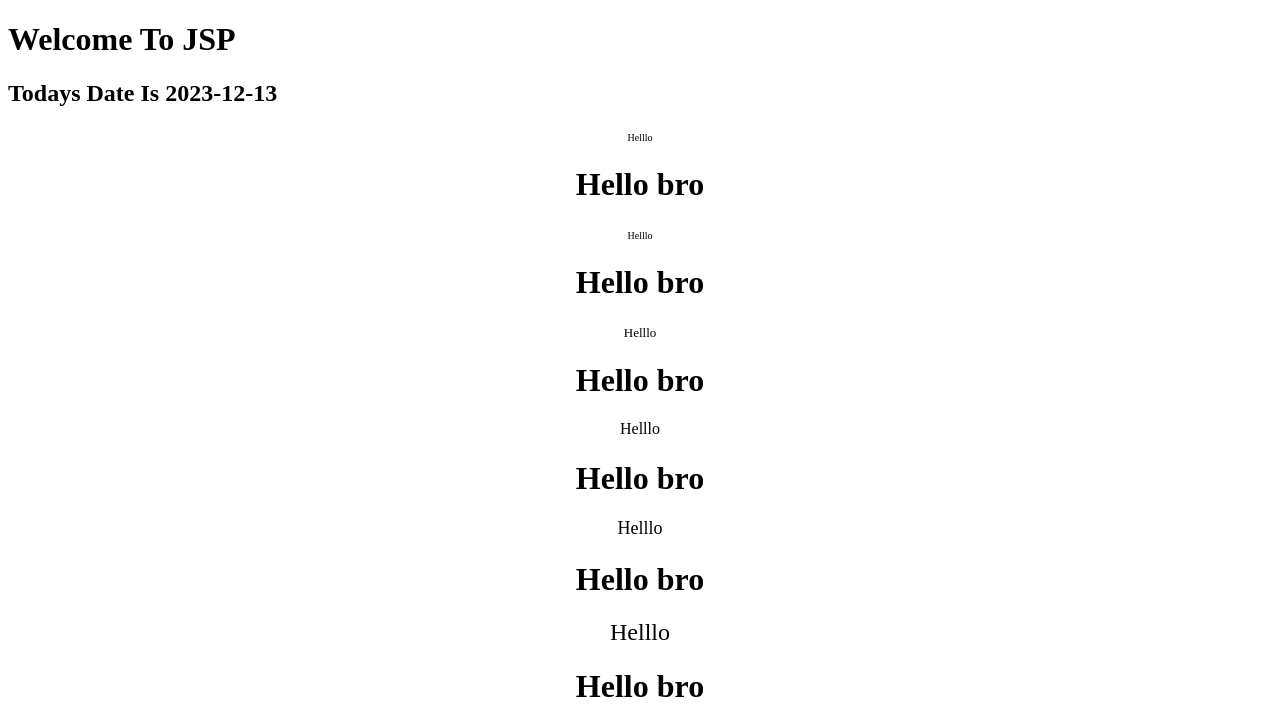
Repository: yashdpatil/Advanced_java
Page: http://localhost/MVC/Hello.jsp
The author's editor kept a copy of each file at every save. The page is drawn from the files as they stood at one save, then again after the next save.
The browser window is 1280 px wide. The pictures show the whole page.
The page is served by Tomcat 9. Other server files are loaded and not shown.

Above is the page before, as saved 2023-12-14 04:43:46.

### MVC/src/main/webapp/Hello.jsp
<%@page import="java.time.LocalDate"%>
<%@ page language="java" contentType="text/html; charset=ISO-8859-1"
    pageEncoding="ISO-8859-1"%>
<!DOCTYPE html>
<html>
<head>
<meta charset="ISO-8859-1">
<title>Insert title here</title>
</head>
<body>
<h1>Welcome To JSP</h1>
<% LocalDate date = LocalDate.now(); %>
<h2> Todays Date Is <%= date %></h2>

<center>
<%
for(int i =0;i<6;i++){
%>
<font size="<%= i %>">Helllo</font><br>
<h1> Hello bro</h1>
<%
}
%>
</center>

</body>
</html>

After the next save:
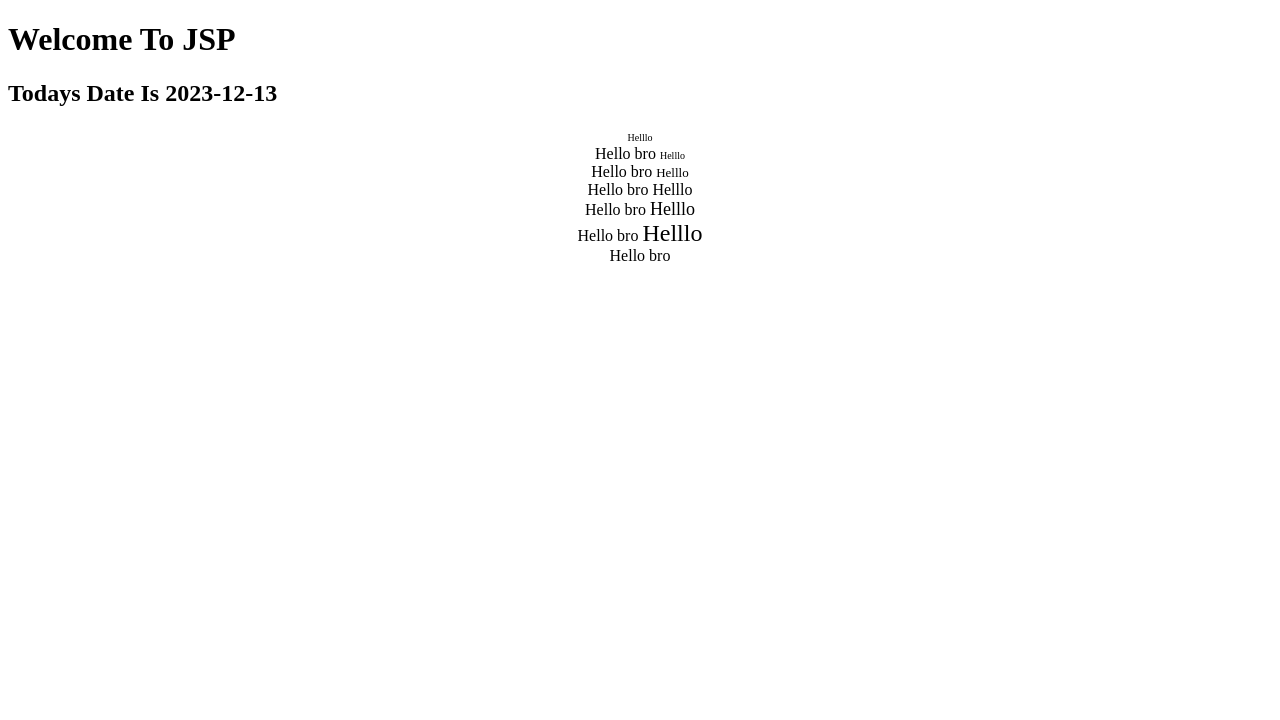
Saved 43 s later.
--- a/MVC/src/main/webapp/Hello.jsp
+++ b/MVC/src/main/webapp/Hello.jsp
@@ -16,7 +16,7 @@
 <%
 for(int i =0;i<6;i++){
 %>
-<font size="<%= i %>">Helllo</font><br>
+<font size="<%= i %>">Helllo</font><br
 <h1> Hello bro</h1>
 <%
 }

After the save that followed:
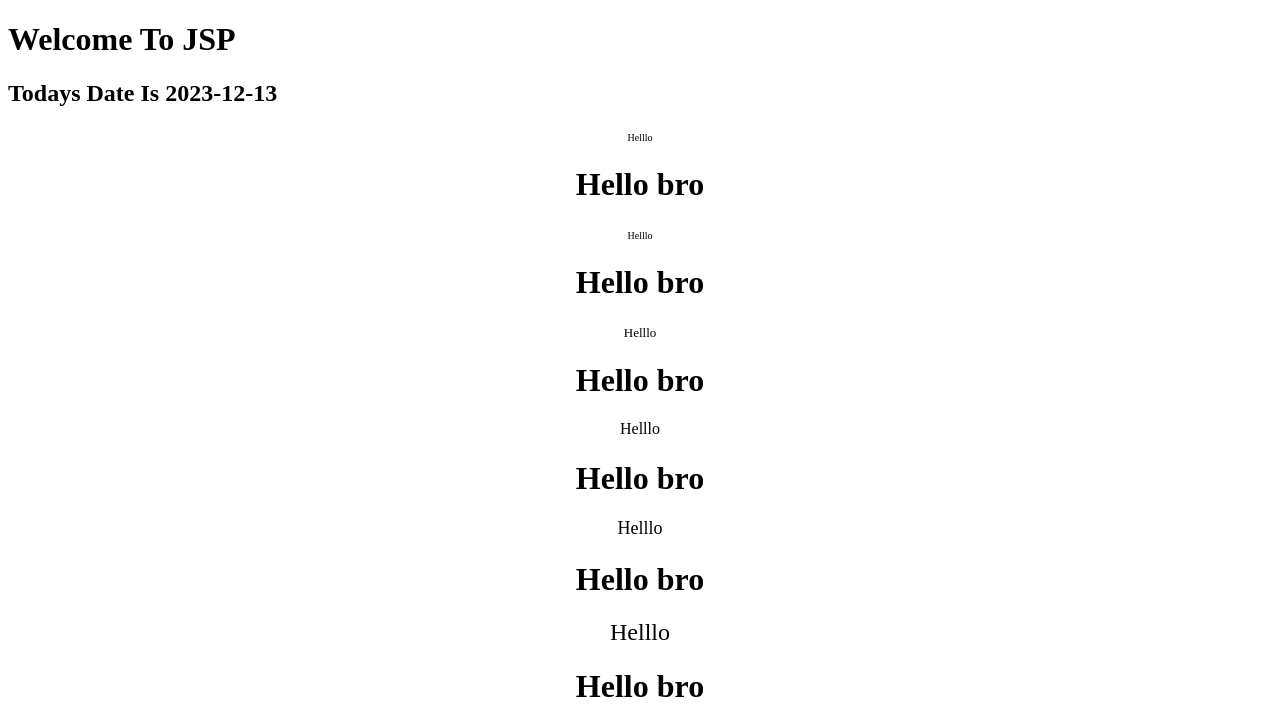
Saved 29 s later.
--- a/MVC/src/main/webapp/Hello.jsp
+++ b/MVC/src/main/webapp/Hello.jsp
@@ -16,7 +16,7 @@
 <%
 for(int i =0;i<6;i++){
 %>
-<font size="<%= i %>">Helllo</font><br
+<font size="<%= i %>">Helllo</font><br />
 <h1> Hello bro</h1>
 <%
 }
